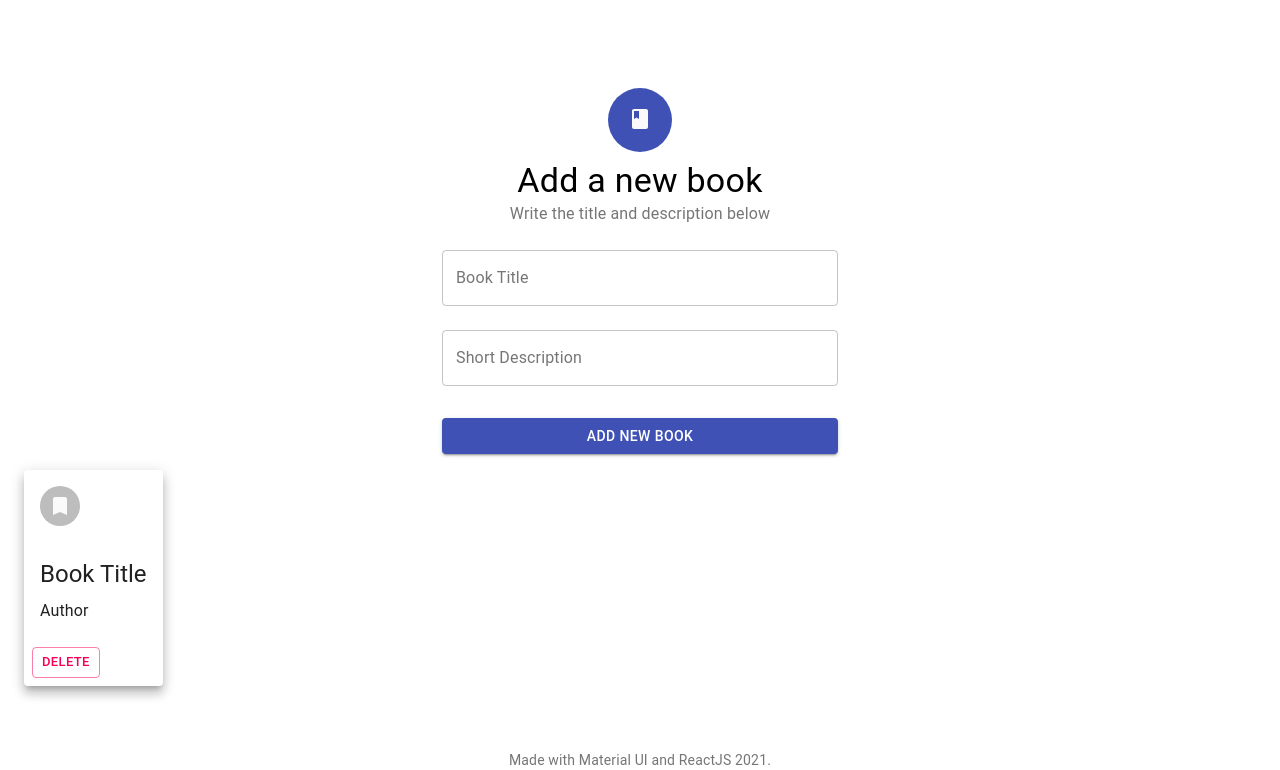
Repository: Colo-Codes/mini-project-react-book-collector
Page: /, after clicking the first element matching `button.MuiButtonBase-root`
An editor plug-in stored every save of this project. The page is shown before and after the next save, followed by the edit.
The browser window is 1280 px wide. The pictures show the whole page.
The project was rebuilt for these pictures with package versions that can differ from the ones it lists, and the page was loaded fresh each time.

Above is the page before, as saved 2021-08-25 09:30:13.

After the next save:
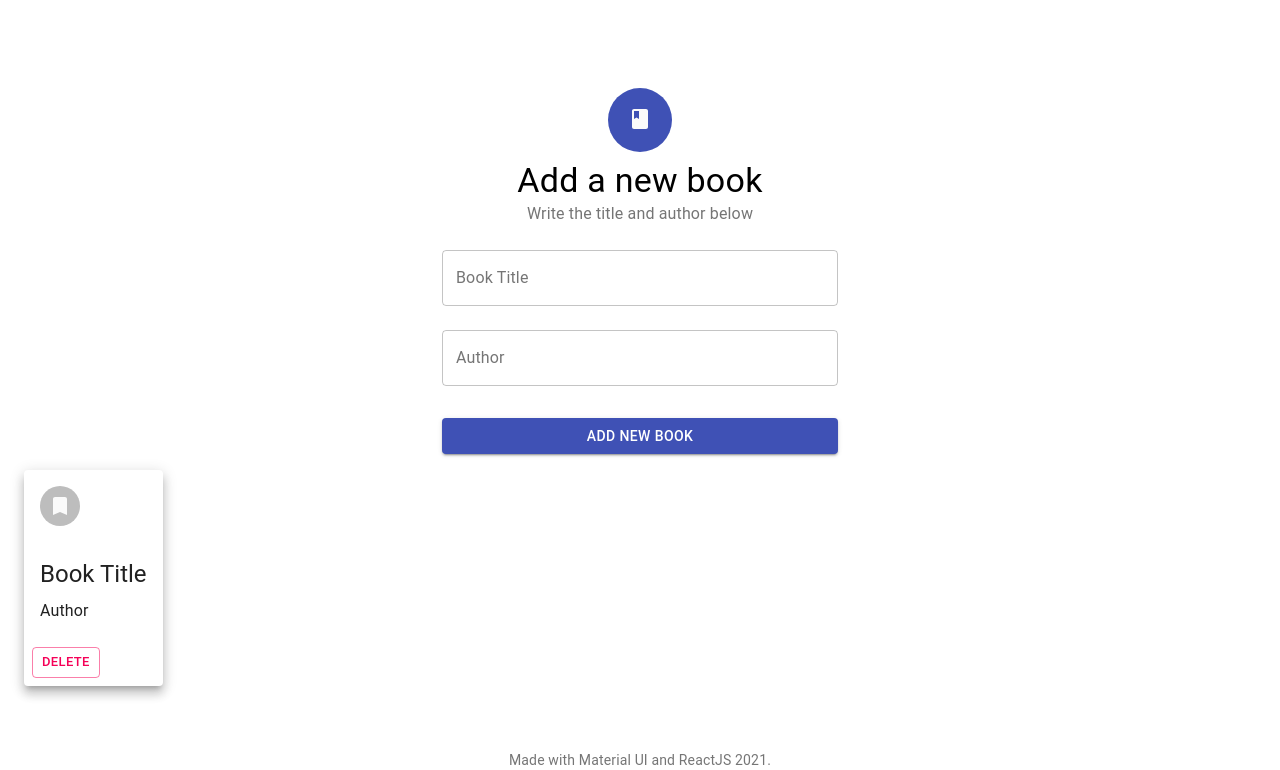
Saved 52 s later.
--- a/src/Books/AddBookForm.js
+++ b/src/Books/AddBookForm.js
@@ -35,8 +35,8 @@ const AddBookForm = props => {
         setBookInfo({ ...bookInfo, title: e.target.value });
     };
 
-    const descriptionChangeHandler = e => {
-        setBookInfo({ ...bookInfo, description: e.target.value });
+    const authorChangeHandler = e => {
+        setBookInfo({ ...bookInfo, author: e.target.value });
     };
 
     const submitHandler = e => {
@@ -48,10 +48,10 @@ const AddBookForm = props => {
     return (
         <Container maxWidth="xs">
             <div className={classes.paper}>
-                <Header headerIcon={<Book />} headerContent={'Add a new book'} textContent={'Write the title and description below'} />
+                <Header headerIcon={<Book />} headerContent={'Add a new book'} textContent={'Write the title and author below'} />
                 <form className={classes.form} onSubmit={submitHandler}>
                     <TextField variant="outlined" margin="normal" fullWidth id="book-title" label="Book Title" placeholder="Eloquent JavaScript" onChange={titleChangeHandler} />
-                    <TextField variant="outlined" margin="normal" fullWidth id="description" label="Short Description" placeholder="Master the language of the web" onChange={descriptionChangeHandler} />
+                    <TextField variant="outlined" margin="normal" fullWidth id="author" label="Author" placeholder="Master the language of the web" onChange={authorChangeHandler} />
                     <Button className={classes.submit} variant="contained" color="primary" type="submit" fullWidth>Add new book</Button>
                 </form>
             </div>
